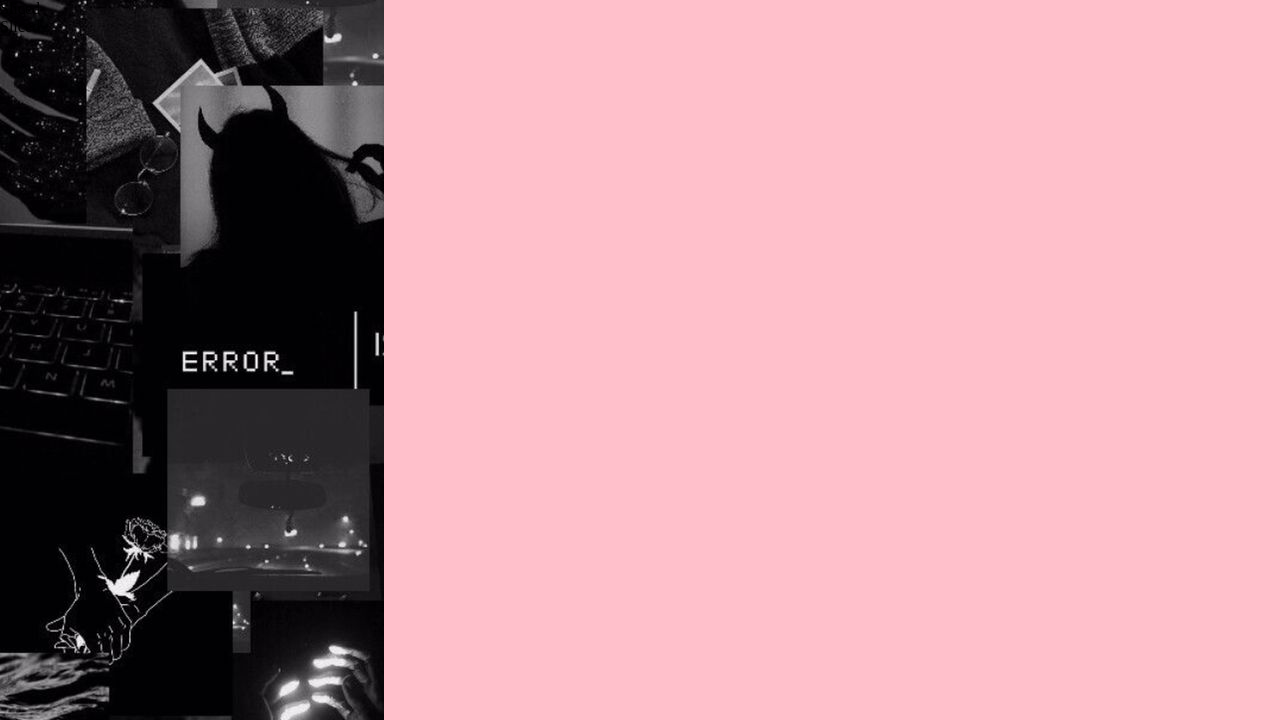
Repository: prathyushaa5/artgallery
Page: index/artists.html
The author's editor kept a copy of each file at every save. The page is drawn from the files as they stood at one save, then again after the next save.
The browser window is 1280 px wide. The pictures show the whole page.
An inner scrolling area shows only its first screen.

Above is the page before, as saved 2023-11-21 09:38:06.

### index/artists.html
<!DOCTYPE html>
<html lang="en">
<head>
    <meta charset="UTF-8">
    <meta name="viewport" content="width=device-width, initial-scale=1.0">
    <title>Document</title>
</head>
<style>
body{
    margin:0;
    padding:0;
}

#part1{
    height:100vh;
    background-color:#111111;
    position:fixed;
    top:0;
    left:0;
    width:30%;
    background:url("../images/collage.jpg");

}

#part2{
    height:100vh;
    background-color:pink;
    overflow-y:scroll;
}

.box{
    height:300px;
    width:300px;
    background-color:black;
    border:2px solid black;
}
</style>
<body>
<div id="part1">
    <section class="wrapper">
        <div class="top">Sliced</div>
        <div class="bottom" aria-hidden="true">Sliced</div>
      </section>
</div>
<div id="part2">
    <section id="box1" class="box">box1</section>
    <section id="box2" class="box">box2</section>
    <section id="box3" class="box">box3</section>
    <section id="box4" class="box">box4</section>
    <section id="box5" class="box">box5</section>
    <section id="box5" class="box">box6</section>

</div>
</body>
</html>

After the next save:
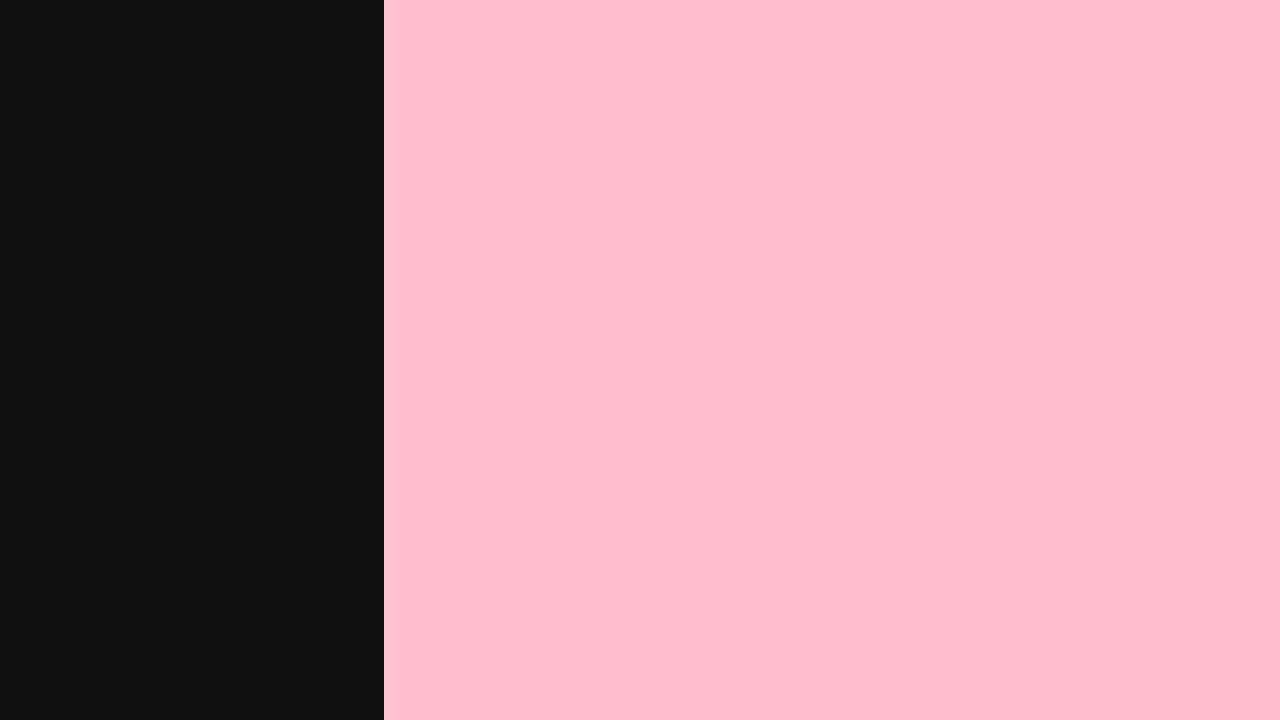
Saved 50 s later.
--- a/index/artists.html
+++ b/index/artists.html
@@ -18,7 +18,6 @@ body{
     top:0;
     left:0;
     width:30%;
-    background:url("../images/collage.jpg");
 
 }
 
@@ -37,10 +36,6 @@ body{
 </style>
 <body>
 <div id="part1">
-    <section class="wrapper">
-        <div class="top">Sliced</div>
-        <div class="bottom" aria-hidden="true">Sliced</div>
-      </section>
 </div>
 <div id="part2">
     <section id="box1" class="box">box1</section>
